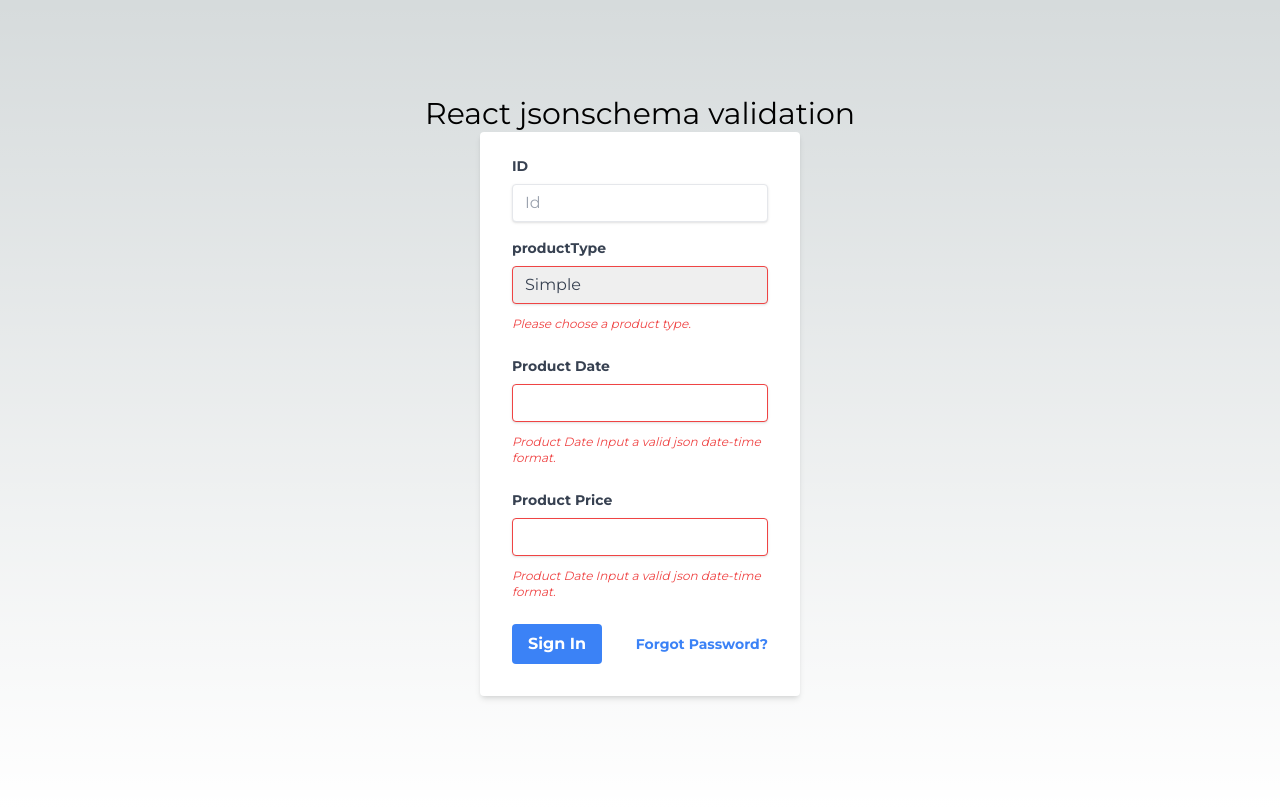
Repository: rajsenthil/react-jsonschema-validation
Page: /
These files come from the project's save history. The page is drawn as it stood at one moment and after the next save; the edit follows.
The browser window is 1280 px wide. The pictures show the whole page.
The page's requests for data from a server got no answer. The project was rebuilt for these pictures with package versions that can differ from the ones it lists, and the page was loaded fresh each time. The framework's server and built-in components were replaced by stand-ins that run in the browser. No one was signed in, and anything a server would have sent is missing. Also part of the build but not shown: next.config.js.

Above is the page before, as saved 2023-09-13 10:48:35.

### pages/index.tsx
import Image from 'next/image'
import { Montserrat } from 'next/font/google'
import { useEffect, useState } from 'react'
import { useForm } from 'react-hook-form'
import { yupResolver } from '@hookform/resolvers/yup'
import * as Yup from 'yup'

const montserrat = Montserrat({ subsets: ['latin'] })

export default function Home() {
  const [schema, setSchema] = useState()
  const [yupSchema, setYupSchema] = useState()
  const [formOptions, setFormOptions] = useState<any>()

  const config = {
    // for error messages...
    errMessages: {
      id: {
        required: 'An ID is required',
      },
      productType: {
        required: 'Product Type is required',
        format:
          'Simple, Configurable, Grouped, Virtual, Bundle are valid values',
      },
      product_date: {
        required: 'Product date is required',
        type: 'Product date must be of date-time format',
        format: 'Product date must be of date-time format',
      },
      productPrice: {
        required: 'Product Price is required',
      },
    },
  }
  // const { buildYup } = require('schema-to-yup')
  useEffect(() => {
    const res = fetch(`/product-schema`)
      .then((data: any) => {
        console.log(data)
        setSchema(data)
        // const ySchema = buildYup(schema, config)
        // setYupSchema(ySchema)
        const validationSchema = Yup.object().shape(data)
        const tempOptions = { resolver: yupResolver(validationSchema) }
        setFormOptions(tempOptions)
      })
      .catch((err) => {
        console.log(err)
      })
  }, [])

  // get functions to build form with useForm() hook
  const { register, handleSubmit, reset, formState } = useForm(formOptions)
  const { errors } = formState

  function onSubmit(data: any) {
    // display form data on success
    alert('SUCCESS!! :-)\n\n' + JSON.stringify(data, null, 4))
    return false
  }

  return (
    <main
      className={`flex min-h-screen flex-col items-center justify-between p-24 ${montserrat.className}`}
    >
      <div className='text-base lg:text-3xl md:text-lg sm:text-sm'>
        React jsonschema validation
      </div>
      <div className='w-full max-w-xs'>
        <form className='bg-white shadow-md rounded px-8 pt-6 pb-8 mb-4'>
          <div className='mb-4'>
            <label className='block text-gray-700 text-sm font-bold mb-2'>
              ID
            </label>
            <input
              className='shadow appearance-none border rounded w-full py-2 px-3 text-gray-700 leading-tight focus:outline-none focus:shadow-outline'
              id='id'
              type='text'
              placeholder='Id'
            />
          </div>
          <div className='mb-6'>
            <label className='block text-gray-700 text-sm font-bold mb-2'>
              productType
            </label>
            <select
              className='shadow appearance-none border border-red-500 rounded w-full py-2 px-3 text-gray-700 mb-3 leading-tight focus:outline-none focus:shadow-outline'
              id='productType'
            >
                <option value="Simple">Simple</option>
                <option value="Configurable">Configurable</option>
                <option value="Grouped">Grouped</option>
                <option value="Virtual">Virtual</option>
                <option value="Bundle">Bundle</option>
              </select>
            <p className='text-red-500 text-xs italic'>
              Please choose a product type.
            </p>
          </div>
          <div className='mb-6'>
            <label className='block text-gray-700 text-sm font-bold mb-2'>
              Product Date
            </label>
            <input
              className='shadow appearance-none border border-red-500 rounded w-full py-2 px-3 text-gray-700 mb-3 leading-tight focus:outline-none focus:shadow-outline'
              id='productDate'
            />
            <p className='text-red-500 text-xs italic'>
              Product Date Input a valid json date-time format.
            </p>
          </div>
          <div className='mb-6'>
            <label className='block text-gray-700 text-sm font-bold mb-2'>
              Product Price
            </label>
            <input
              className='shadow appearance-none border border-red-500 rounded w-full py-2 px-3 text-gray-700 mb-3 leading-tight focus:outline-none focus:shadow-outline'
              id='productDate'
            />
            <p className='text-red-500 text-xs italic'>
              Product Date Input a valid json date-time format.
            </p>
          </div>
          <div className='flex items-center justify-between'>
            <button
              className='bg-blue-500 hover:bg-blue-700 text-white font-bold py-2 px-4 rounded focus:outline-none focus:shadow-outline'
              type='button'
            >
              Sign In
            </button>
            <a
              className='inline-block align-baseline font-bold text-sm text-blue-500 hover:text-blue-800'
              href='#'
            >
              Forgot Password?
            </a>
          </div>
        </form>
      </div>
    </main>
  )
}

Loaded but not shown: pages/_app.tsx (common file); pages/_document.tsx (common file); styles/globals.css (common file); tailwind.config.ts (common file)

After the next save:
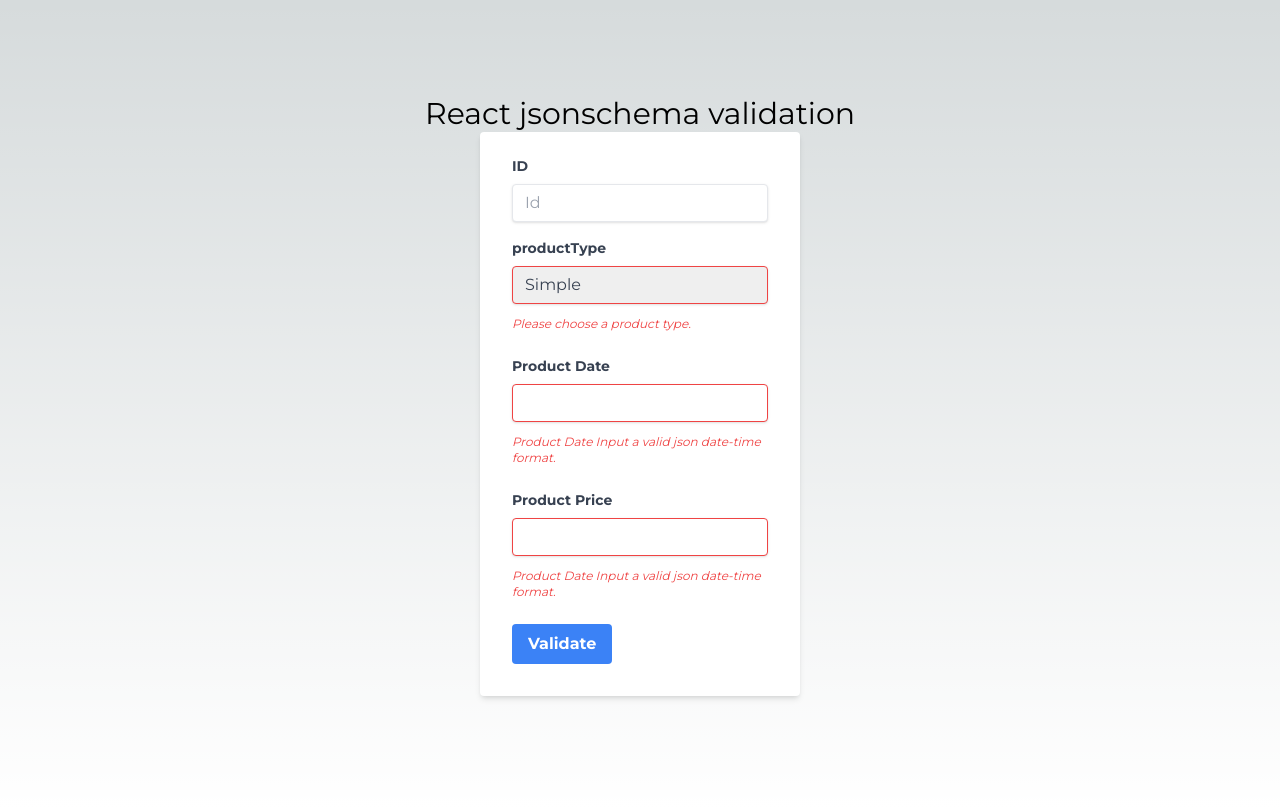
Saved 36 s later.
--- a/pages/index.tsx
+++ b/pages/index.tsx
@@ -127,14 +127,8 @@ export default function Home() {
               className='bg-blue-500 hover:bg-blue-700 text-white font-bold py-2 px-4 rounded focus:outline-none focus:shadow-outline'
               type='button'
             >
-              Sign In
+              Validate
             </button>
-            <a
-              className='inline-block align-baseline font-bold text-sm text-blue-500 hover:text-blue-800'
-              href='#'
-            >
-              Forgot Password?
-            </a>
           </div>
         </form>
       </div>
